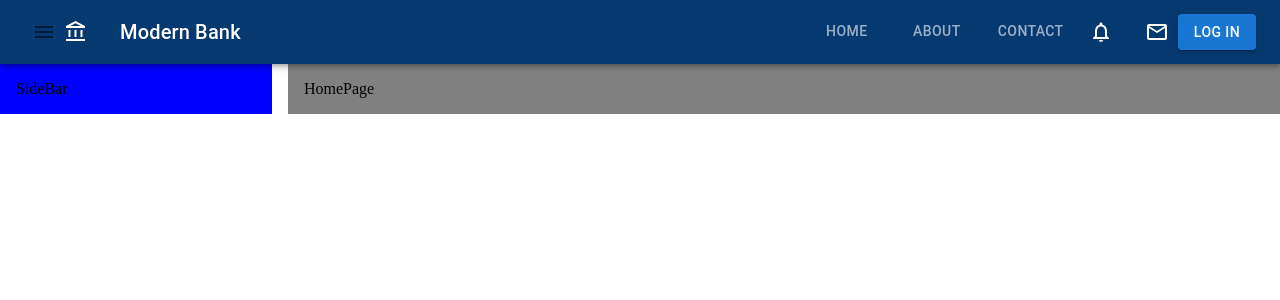
Repository: MohammadMazloum123/Moder-Bank-Full-Stack-Project
Page: / (app in Desktop/front-modernbank/front-modernbank/)
These files come from the project's save history. The page is drawn as it stood at one moment and after a run of saves; the edit follows.
The browser window is 1280 px wide. The pictures show the whole page.
The project was rebuilt for these pictures with package versions that can differ from the ones it lists, and the page was loaded fresh each time.

Above is the page before, as saved 2024-11-15 15:11:31.

### Desktop/front-modernbank/front-modernbank/public/index.html
<!DOCTYPE html>
<html lang="en">
  <head>

    <meta charset="utf-8" />
    <link rel="icon" href="%PUBLIC_URL%/favicon.ico" />
    <meta name="viewport" content="width=device-width, initial-scale=1" />
    <meta name="theme-color" content="#000000" />
    <meta
      name="description"
      content="Web site created using create-react-app"
    />
    <link rel="apple-touch-icon" href="%PUBLIC_URL%/logo192.png" />

    <link rel="manifest" href="%PUBLIC_URL%/manifest.json" />

    <title>Modern Bank App</title>
    <style>
      body{
        margin: 0;
        padding: 0;
        box-sizing: border-box;
      }
    </style>
  </head>
  <body>
    <noscript>You need to enable JavaScript to run this app.</noscript>
    <div id="root"></div>
  </body>
</html>

### Desktop/front-modernbank/front-modernbank/src/App.js
import React from "react";
import { Box, Stack } from "@mui/material";
import SideBar from "./components/SideBar";
import HomePage from "./components/HomePage";
import NavBar from "./components/NavBar";

function App() {
  return (
    <Box>
      <NavBar/>
      <Stack direction="row" spacing={2} justifyContent="space-between">
        <SideBar/>
        <HomePage/>
      </Stack>
    </Box>
  );
}

export default App;

### Desktop/front-modernbank/front-modernbank/src/components/SideBar.jsx
import { Box } from '@mui/material'
import React from 'react'

const SideBar = () => {
return (
    <Box sx={{backgroundColor:"blue"}} flex={1.5} p={2}>
        SideBar
    </Box>
)
}

export default SideBar

### Desktop/front-modernbank/front-modernbank/src/components/HomePage.jsx
import { Box } from '@mui/material'
import React from 'react'

const HomePage = () => {
return (
    <Box sx={{bgcolor:"gray"}} flex={6} p={2}>
        HomePage
    </Box>
)
}

export default HomePage

### Desktop/front-modernbank/front-modernbank/src/components/NavBar.jsx
import { AppBar, Toolbar, Typography, Tabs, Tab, Button, Box } from '@mui/material'
import React, { useState } from 'react'
import DrawerComp from '../DrawerComp';
import NotificationsNoneOutlinedIcon from '@mui/icons-material/NotificationsNoneOutlined';
import EmailOutlinedIcon from '@mui/icons-material/EmailOutlined';
import { AccountBalanceOutlined } from '@mui/icons-material';

const NavBar = () => {
    const [value, setvalue] = useState();
return (
    <AppBar position='sticky' sx={{bgcolor:"#063970"}}>
        <Toolbar>

                <DrawerComp/>
                <Box display="flex" alignItems="center" flex={3}>
                <AccountBalanceOutlined sx={{ color: "white", mr: 1 }} /> {/* Icon beside the text */}
                    <Typography variant='h6' ml={3}>
                        Modern Bank
                    </Typography>
                </Box>
            <Box display="flex" flex={0.7} justifyContent="center">
                <Tabs
                textColor='inherit'
                indicatorColor='secondary'
                value={value}
                onChange={(e, value) => setvalue(value)}
                >
                        <Tab label="Home"/>
                        <Tab label="About"/>
                        <Tab label="Contact"/>
                </Tabs>
            </Box>
            <Box display="flex" flex={0.4} alignItems="center" justifyContent="center">
                <NotificationsNoneOutlinedIcon sx={{mr:4}}/>
                <EmailOutlinedIcon/>
            </Box>
            <Box display="flex" justifyContent="flex-end">
                <Button sx={{marginLeft:'auto'}} variant='contained'>Log In</Button>
            </Box>
        </Toolbar>
    </AppBar>
)
}

export default NavBar

### Desktop/front-modernbank/front-modernbank/src/DrawerComp.jsx
import React, {useState} from 'react'
import MenuIcon from '@mui/icons-material/Menu';
import {
    Drawer,
    IconButton,
    List,
    ListItemButton,
    ListItemIcon,
    ListItemText,
    Typography,
    Collapse,
    Divider,
    } from '@mui/material';

import {
    ExpandLess,
    ExpandMore,
    AddOutlined,
    SavingsOutlined,
    HistoryOutlined,
    CreditCardOutlined,
    TrendingUpOutlined,
    AccountBalanceOutlined,
    PercentOutlined,
    AttachMoneyOutlined,
    ShowChartOutlined,

} from "@mui/icons-material";


const DrawerComp = () => {
    const [OpenDrawer, setOpenDrawer] = useState(false);
      // Dropdown states
        const [transactionsOpen, setTransactionsOpen] = useState(false);
        const [savingsOpen, setSavingsOpen] = useState(false);
        const [expenseTracker, setExpenseTracker] = useState(false);


return (
    <>
        <Drawer
        open={OpenDrawer}
        onClose={() => setOpenDrawer(false)}
        sx={{padding: "16px"}}
        >
        <Typography
            variant="h6"
            sx={{
            padding: 2,
            textAlign: "center",
            bgcolor: "#063970",
            color: "white",
        }}
        >
            Modern Bank
        </Typography>
        <Divider/>

            <List sx={{p: 2 ,width:"340px"}}>
                {/* Account Transactions Dropdown */}
                <ListItemButton onClick={() => setTransactionsOpen(!transactionsOpen)}>
                    <ListItemIcon>
                        <CreditCardOutlined/>
                    </ListItemIcon>
                    <ListItemText primary="Transactions"/>
                    {transactionsOpen ? <ExpandLess/> : <ExpandMore/>}
                </ListItemButton>
                <Collapse in={transactionsOpen} timeout="auto" unmountOnExit>
                    <List component="div" disablePadding sx={{pl : 2}}>
                        <ListItemButton>
                            <ListItemIcon>
                                <AddOutlined fontSize='small'/>
                            </ListItemIcon>
                        <ListItemText primary="New Transactions"/>
                        </ListItemButton>
                        <ListItemButton>
                            <ListItemIcon>
                                <HistoryOutlined fontSize='small'/>
                            </ListItemIcon>
                        <ListItemText primary="Transactions History"/>
                        </ListItemButton>
                    </List>
                </Collapse>
                <Divider/>
                {/* Savings Dropdown */}
                <ListItemButton onClick={() => setSavingsOpen(!savingsOpen)}>
                    <ListItemIcon>
                        <SavingsOutlined fontSize='small'/>
                    </ListItemIcon>
                    <ListItemText primary="Savings"/>
                    {savingsOpen ? <ExpandLess/> : <ExpandMore/>}
                </ListItemButton>
                <Collapse in={savingsOpen} timeout="auto" unmountOnExit>
                    <List component="div" disablePadding sx={{pl : 2}}>
                        <ListItemButton>
                            <ListItemIcon>
                                <AccountBalanceOutlined fontSize='small'/>
                            </ListItemIcon>
                            <ListItemText primary="Savings Account"/>
                        </ListItemButton>
                        <ListItemButton>
                            <ListItemIcon>
                                <TrendingUpOutlined fontSize='small'/>
                            </ListItemIcon>
                            <ListItemText primary="Savings Goals"/>
                        </ListItemButton>
                        <ListItemButton>
                            <ListItemIcon>
                                <PercentOutlined fontSize='small'/>
                            </ListItemIcon>
                            <ListItemText primary="Interest Rate"/>
                        </ListItemButton>
                    </List>
                </Collapse>
                <Divider/>
            <ListItemButton onClick={() => setExpenseTracker(!expenseTracker)}>
                <ListItemIcon>
                    <AttachMoneyOutlined fontSize='small'/>
                </ListItemIcon>
                    <ListItemText primary="Expense Tracker" />
                    {transactionsOpen ? <ExpandLess/> : <ExpandMore/>}
            </ListItemButton>
            <Collapse in={expenseTracker} timeout="auto" unmountOnExit>
                <List component="div" disablePadding sx={{pl : 2}}>
                    <ListItemButton>
                        <ListItemIcon>
                            <ShowChartOutlined fontSize='small'/>
                        </ListItemIcon>
                        <ListItemText primary="Track Expenses"/>
                    </ListItemButton>
                </List>
            </Collapse>
            </List>
        </Drawer>
        {/* Drawer Toggle Button */}
        <IconButton onClick={() => setOpenDrawer(!OpenDrawer)}>
            <MenuIcon/>
        </IconButton>
    </>
)
}

export default DrawerComp

Loaded but not shown: Desktop/front-modernbank/front-modernbank/src/index.js (common file); Desktop/front-modernbank/front-modernbank/src/reportWebVitals.js (common file)

After the next 3 saves:
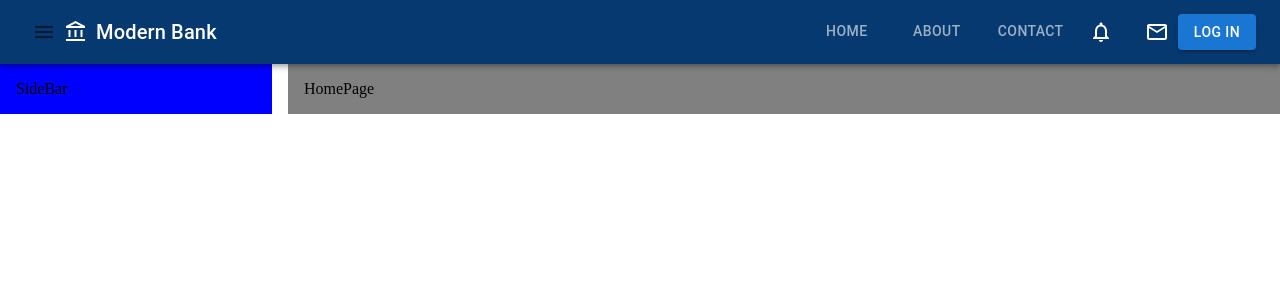
The 3 saves are shown as one change because they came seconds apart.
The last was saved 29 s later.
--- a/Desktop/front-modernbank/front-modernbank/src/components/NavBar.jsx
+++ b/Desktop/front-modernbank/front-modernbank/src/components/NavBar.jsx
@@ -14,7 +14,7 @@ return (
                 <DrawerComp/>
                 <Box display="flex" alignItems="center" flex={3}>
                 <AccountBalanceOutlined sx={{ color: "white", mr: 1 }} /> {/* Icon beside the text */}
-                    <Typography variant='h6' ml={3}>
+                    <Typography variant='h6' color='inherit'>
                         Modern Bank
                     </Typography>
                 </Box>
